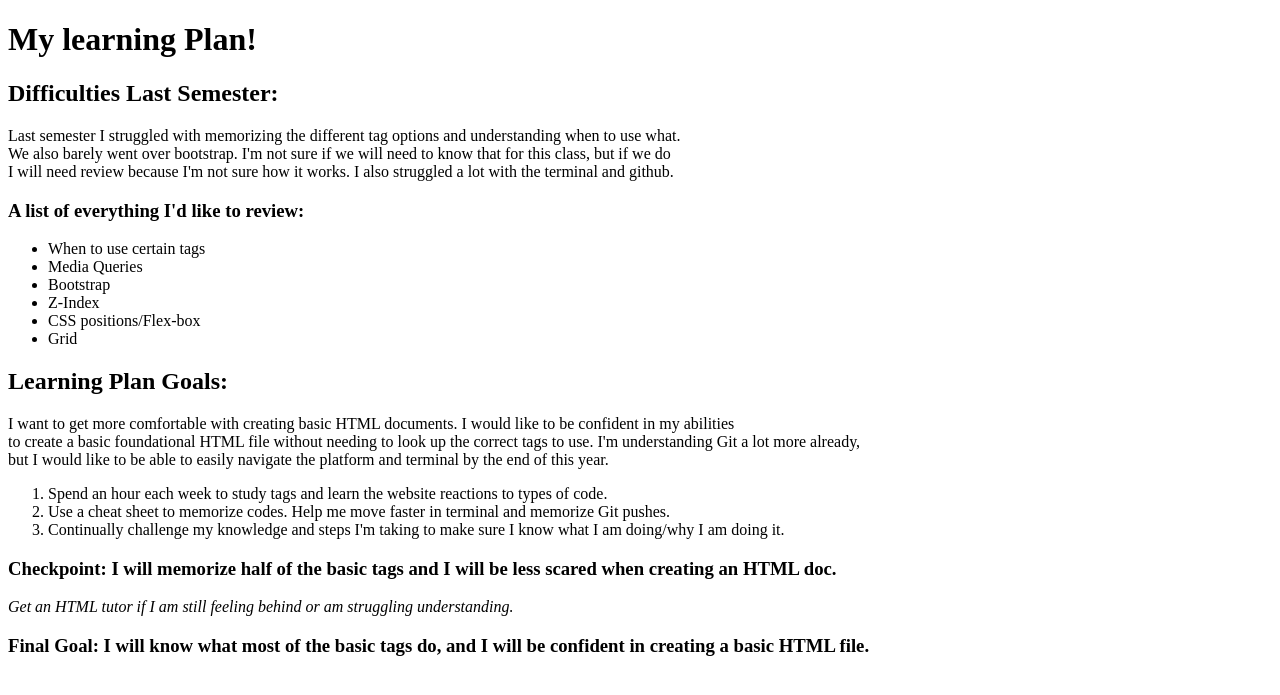
Repository: awollf/mdia-2109
Page: learning-plan.html
These files come from the project's save history. The page is drawn as it stood at one moment and after the next save; the edit follows.
The browser window is 1280 px wide. The pictures show the whole page.

Above is the page before, as saved 2026-01-26 12:18:42.

After the next save:
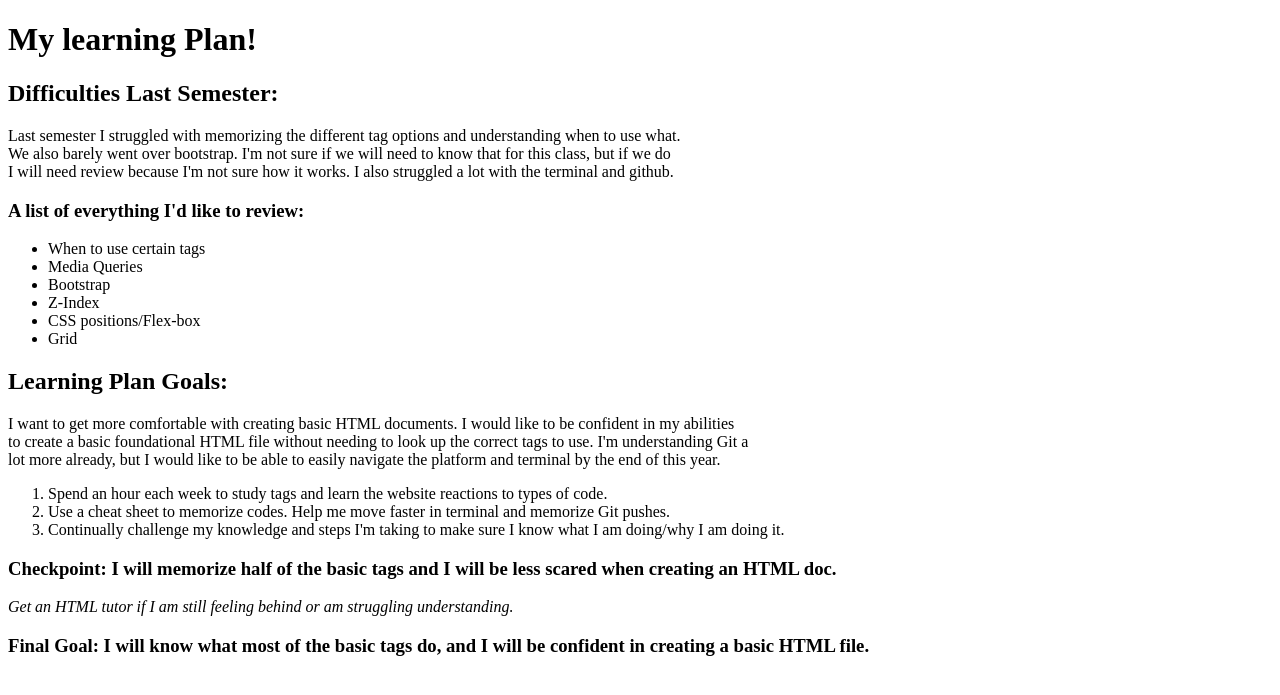
Saved 27 s later.
--- a/learning-plan.html
+++ b/learning-plan.html
@@ -26,8 +26,8 @@
 
     <h2>Learning Plan Goals:</h2>
     <p>I want to get more comfortable with creating basic HTML documents. I would like to be confident in my abilities
-    <br>to create a basic foundational HTML file without needing to look up the correct tags to use. I'm understanding Git a lot more already,
-    <br>but I would like to be able to easily navigate the platform and terminal by the end of this year. </p>
+    <br>to create a basic foundational HTML file without needing to look up the correct tags to use. I'm understanding Git a
+    <br>lot more already, but I would like to be able to easily navigate the platform and terminal by the end of this year. </p>
 
     <ol>
         <li>Spend an hour each week to study tags and learn the website reactions to types of code.</li>
